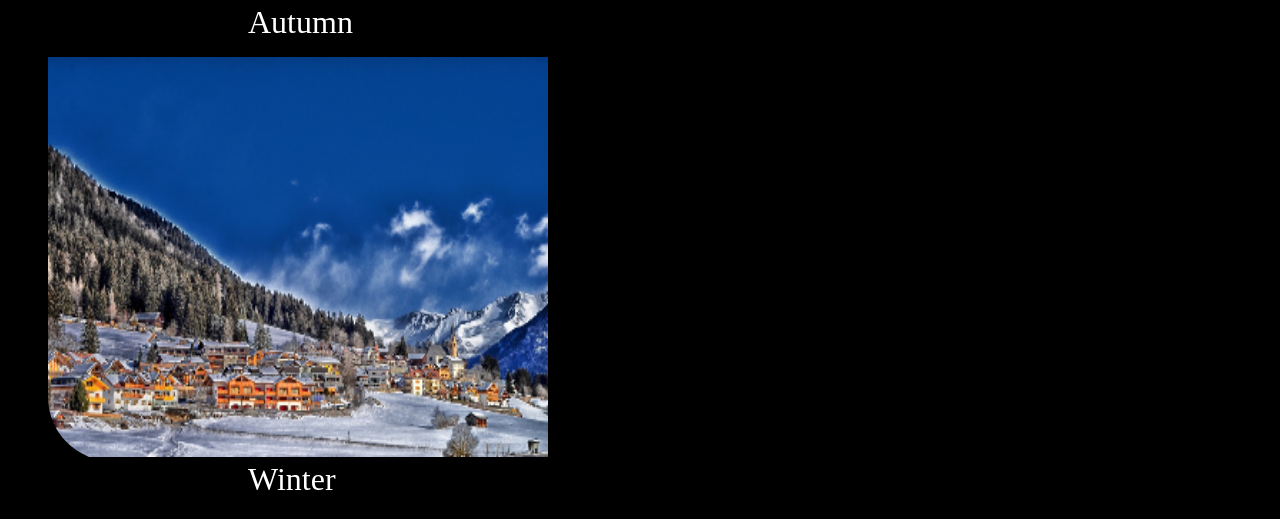
Repository: TheRealCisco/f2017CST336
Page: Challenge/ch1.html
The author's editor kept a record of every edit. The page is drawn from the files as they stood at one moment, then again after the next edit.
The browser window is 1280 px wide. The pictures show the part of the page from y = 1412 to 1931 px (the page is 1931 px tall).

Above is the page before.

### Challenge/ch1.html
<!DOCTYPE html>
<html>


        <meta charset="utf-8"/>
        <title>
            The Seasons
        </title>
        <link href="seasons.css" rel="stylesheet" type="text/css" />
    <body id = "body">
        <header>
            <h1>
                   The Seasons
            </h1>

        </header>
        <main>
            <figure id="img">
                <div id="img1">
                    <img src="Pic/spring.png" alt="Picture of spring" style="width:500px;height:400px;"/>
                </div>
            <figcaption id="txt">
                Spring
            </figcaption>
            </figure>
            <figure id="img">
                <div id="img2">
                    <img src="Pic/summer.png" alt="Picture of summer"style="width:500px;height:400px;"/>
                </div>
            <figcaption id="txt">
                Summer
            </figcaption>
            </figure>



        </main>
        <hr>

        <footer>
            <figure id="img">
                <div id="img3">
                    <img src="Pic/fall.png" alt="Picture of fall"style="width:500px;height:400px;"/>
                </div>
            <figcaption id="txt">
                Autumn
            </figcaption>
            </figure>
            <figure id="img">
                <div id="img3">
                    <img src="Pic/winter.png" alt="Picture of winter"style="width:500px;height:400px;"/>
                </div>
            <figcaption id="txt">
                Winter
            </figcaption>
            </figure>
        </footer>


    </body>


</html>

### Challenge/seasons.css
body{
    background-color: black;
    font-family:'Pacfico',cursive;
}
h1{
    text-align:center;
    color:yellow;
}

#img:hover{
    display:inline-block;
    -webkit-transform: scale(1.2);
    -ms-transform: scale(1.2);
    transform: scale(1.3);

}
#txt{
    color:white;
    padding-left: 200px;
    font-size: 200%;

}

#img1{

    border-top-left-radius: 4em;
    overflow:hidden;
}
#img2{

    border-top-right-radius: 4em;
    overflow:hidden;
}
#img3{

    border-bottom-left-radius: 4em;
    overflow:hidden;
}
#img4{

    border-bottom-right-radius: 4em;
    overflow:hidden;
}

After the next edit:
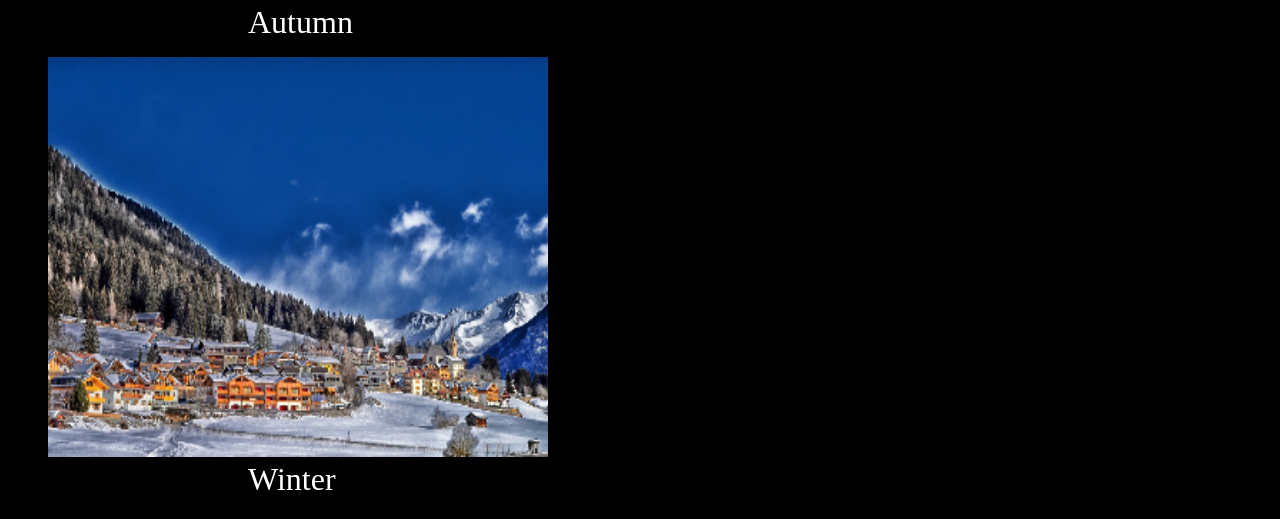
The edit:
--- a/Challenge/ch1.html
+++ b/Challenge/ch1.html
@@ -47,7 +47,7 @@
             </figcaption>
             </figure>
             <figure id="img">
-                <div id="img3">
+                <div id="img4">
                     <img src="Pic/winter.png" alt="Picture of winter"style="width:500px;height:400px;"/>
                 </div>
             <figcaption id="txt">
